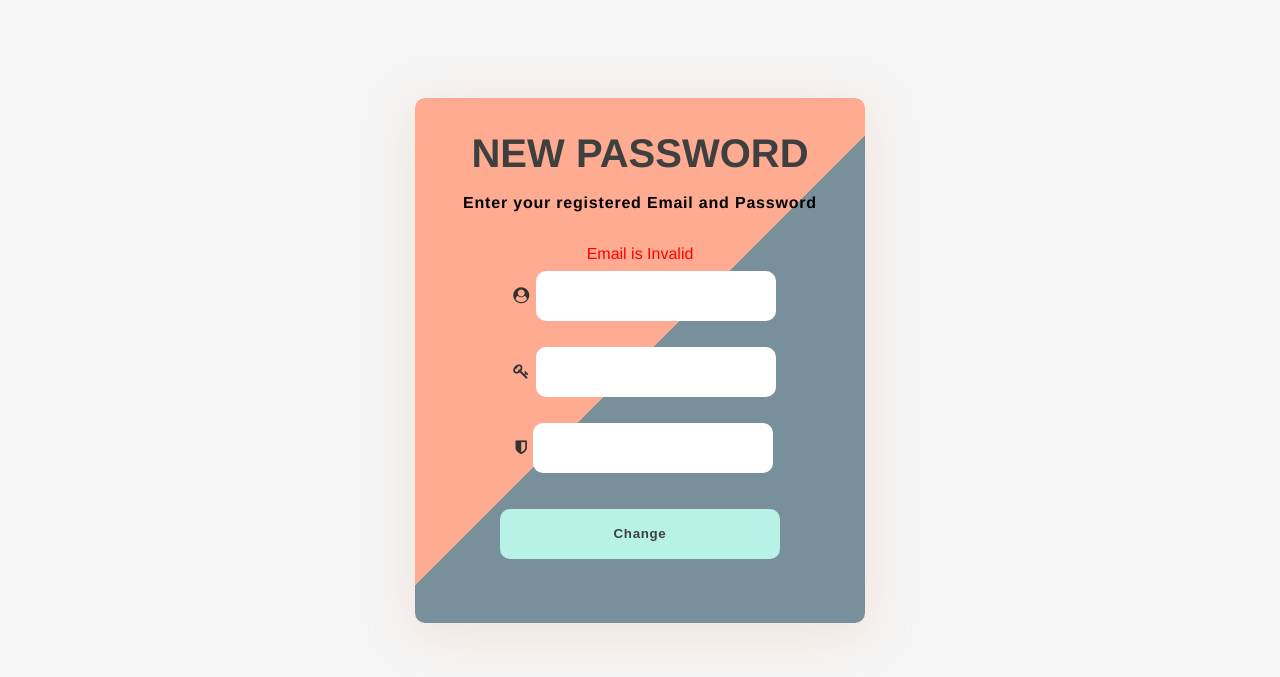
Repository: DhanushPrabha22/Zoho-Mini-Project
Page: http://localhost/ToDo_List/forgotpwd.do
An editor plug-in stored every save of this project. The page is shown before and after the next save, followed by the edit.
The browser window is 1280 px wide. The pictures show the whole page.
Some web libraries are served in a nearby version. The page is served by Tomcat 9.

Above is the page before, as saved 2021-03-17 07:15:53.

After the next save:
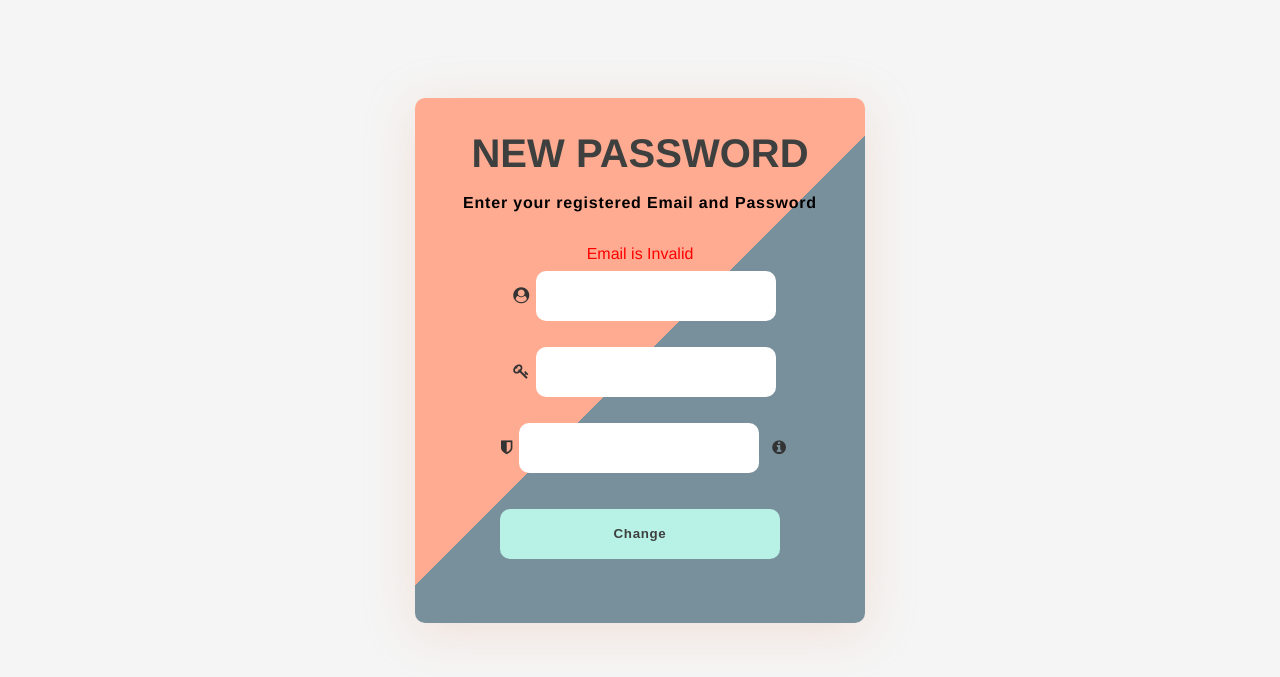
Saved 53 s later.
--- a/Todo Eclipse/ToDo_List/WebContent/forgotPwd.jsp
+++ b/Todo Eclipse/ToDo_List/WebContent/forgotPwd.jsp
@@ -44,7 +44,7 @@
 					<html:errors property="security_e"/><br>
 					<span class="input-item"><i class="fa fa-shield"></i></span>
 					<html:text styleClass="form-input" property="security"/>
-
+					<span class="input-item"><i class="fa fa-info-circle"></i></span>
 					<br><br><br>
 					<html:submit styleClass="sign-up button" value="Change"/>
 				</html:form>

After the save that followed:
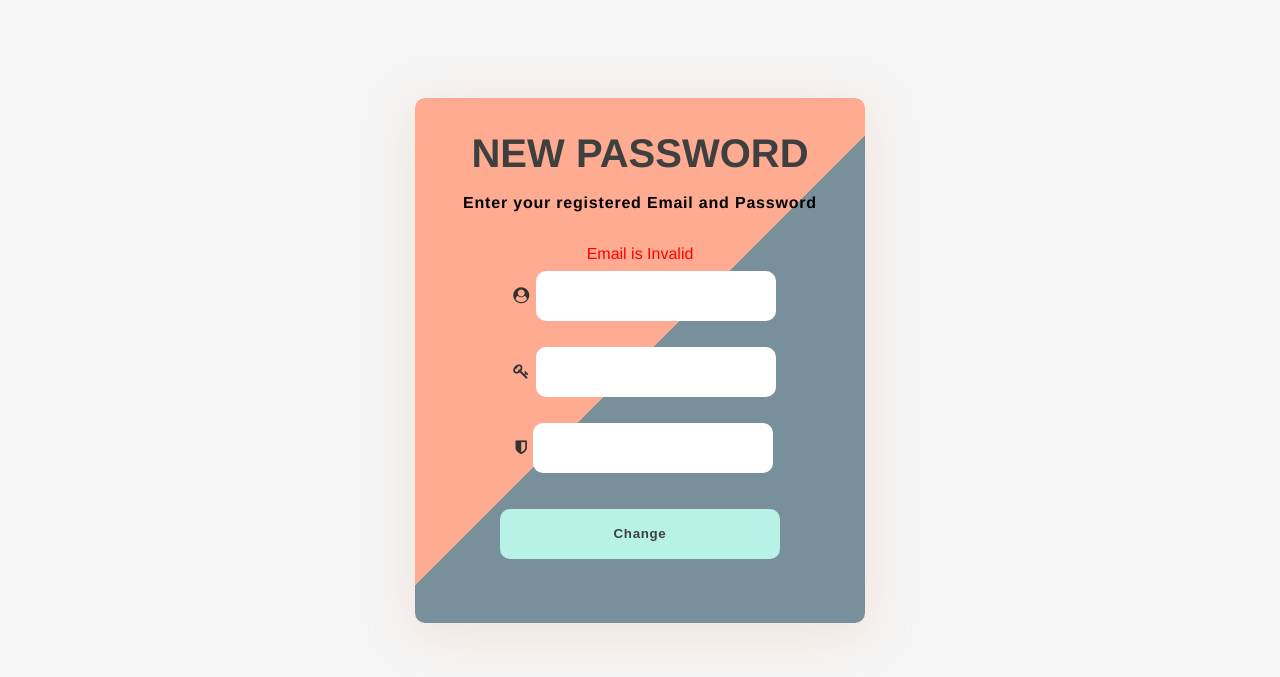
Saved 38 s later.
--- a/Todo Eclipse/ToDo_List/WebContent/forgotPwd.jsp
+++ b/Todo Eclipse/ToDo_List/WebContent/forgotPwd.jsp
@@ -44,7 +44,6 @@
 					<html:errors property="security_e"/><br>
 					<span class="input-item"><i class="fa fa-shield"></i></span>
 					<html:text styleClass="form-input" property="security"/>
-					<span class="input-item"><i class="fa fa-info-circle"></i></span>
 					<br><br><br>
 					<html:submit styleClass="sign-up button" value="Change"/>
 				</html:form>
